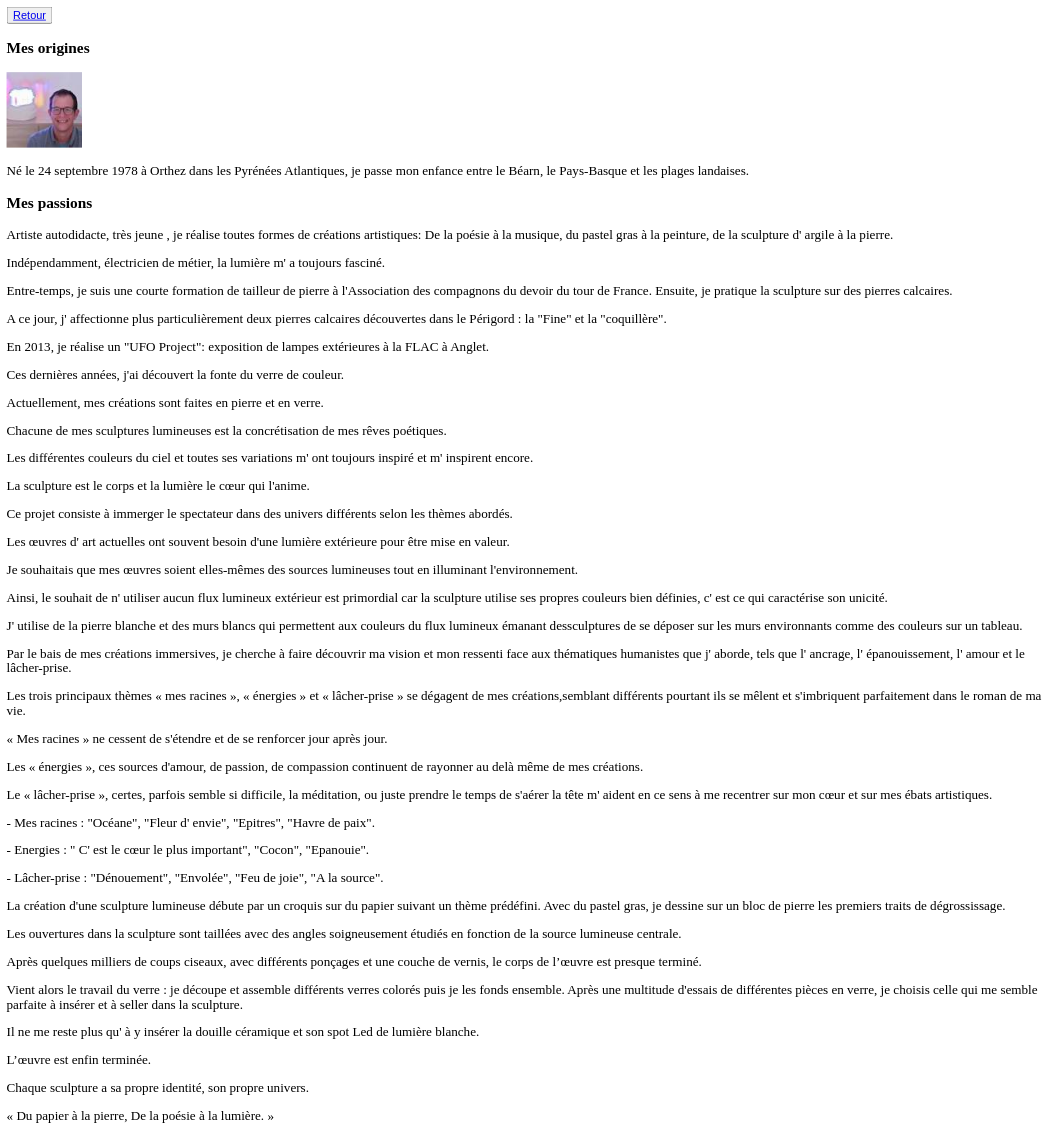
Repository: lysianebo/EricBidart
Page: presentation_more.html
The author's editor kept a copy of each file at every save. The page is drawn from the files as they stood at one save, then again after the next save.
The browser window is 1280 px wide. The pictures show the whole page, at 82% of full size.

Above is the page before, as saved 2023-10-29 10:32:46.

### presentation_more.html
<!DOCTYPE html>
<html lang="en">
<head>
    <meta charset="UTF-8">
    <meta name="viewport" content="width=device-width, initial-scale=1.0">
    <title>Document</title>
    <link rel="stylesheet" href="public/css/style.css">
</head>
<body id="presentation_more">

    <button class="back-button"><a href="presentation.html">Retour</a></button>
    <div id="presentation" class="content" >
        <div class="card">
            <h3>Mes origines</h3>
        <img src="public/images/happy_moi.jpeg" alt="">
        <p> Né le 24 septembre 1978 à Orthez dans les Pyrénées Atlantiques, je passe mon enfance entre le Béarn, le Pays-Basque et les plages landaises.</p>
        </div>
        <h3>Mes passions</h3>
        <p> Artiste autodidacte, très jeune , je réalise toutes formes de créations artistiques: De la poésie à la musique, du pastel gras à la peinture, de la sculpture d' argile à la pierre.</p>
        <p> Indépendamment, électricien de métier, la lumière m' a toujours fasciné.</p>
        <p> Entre-temps, je suis une courte formation de tailleur de pierre à l'Association des compagnons du devoir du
            tour de France. Ensuite, je pratique la sculpture sur des pierres calcaires.</p>
        <p> A ce jour, j' affectionne plus particulièrement deux pierres calcaires découvertes dans le Périgord : la
            "Fine" et la "coquillère".</p>
        <p> En 2013, je réalise un "UFO Project": exposition de lampes extérieures à la FLAC à Anglet.</p>
        <p> Ces dernières années, j'ai découvert la fonte du verre de couleur.</p>
        <p> Actuellement, mes créations sont faites en pierre et en verre.</p>
        <p>Chacune de mes sculptures lumineuses est la concrétisation de mes rêves poétiques.</p>
    </div>
    <div class="content" id="demarche">
        <p>Les différentes couleurs du ciel et toutes ses variations m' ont toujours inspiré et m' inspirent encore.</p>
        <p>La sculpture est le corps et la lumière le cœur qui l'anime.</p>
        <p>Ce projet consiste à immerger le spectateur dans des univers différents selon les thèmes abordés.</p>
        <p>Les œuvres d' art actuelles ont souvent besoin d'une lumière extérieure pour être mise en valeur.</p>
        <p>Je souhaitais que mes œuvres soient elles-mêmes des sources lumineuses tout en illuminant l'environnement.</p>
        <p>Ainsi, le souhait de n' utiliser aucun flux lumineux extérieur est primordial car la sculpture utilise ses propres couleurs bien définies, c' est ce qui caractérise son unicité.</p>
        <p>J' utilise de la pierre blanche et des murs blancs qui permettent aux couleurs du flux lumineux émanant dessculptures de se déposer sur les murs environnants comme des couleurs sur un tableau.</p>
        <p>Par le bais de mes créations immersives, je cherche à faire découvrir ma vision et mon ressenti face aux thématiques humanistes que j' aborde, tels que l' ancrage, l' épanouissement, l' amour et le lâcher-prise.</p>
        <p>Les trois principaux thèmes « mes racines », « énergies » et « lâcher-prise » se dégagent de mes créations,semblant différents pourtant ils se mêlent et s'imbriquent parfaitement dans le roman de ma vie.</p>
        <p>« Mes racines » ne cessent de s'étendre et de se renforcer jour après jour.</p>
        <p>Les « énergies », ces sources d'amour, de passion, de compassion continuent de rayonner au delà même de mes créations.</p>
        <p>Le « lâcher-prise », certes, parfois semble si difficile, la méditation, ou juste prendre le temps de s'aérer la tête m' aident en ce sens à me recentrer sur mon cœur et sur mes ébats artistiques.</p>
        <p>- Mes racines : "Océane", "Fleur d' envie", "Epitres", "Havre de paix".</p>
        <p>- Energies : " C' est le cœur le plus important", "Cocon", "Epanouie".</p>
        <p>- Lâcher-prise : "Dénouement", "Envolée", "Feu de joie", "A la source".</p>
    </div>
    <div class="content" id="technique">
        <p>La création d'une sculpture lumineuse débute par un croquis sur du papier suivant un thème prédéfini. Avec du pastel gras, je dessine sur un bloc de pierre les premiers traits de dégrossissage. </p>
        <p>Les ouvertures dans la sculpture sont taillées avec des angles soigneusement étudiés en fonction de la source
            lumineuse centrale.</p>
        <p>Après quelques milliers de coups ciseaux, avec différents ponçages et une couche de vernis,
            le corps de l’œuvre est presque terminé.</p>
        <p> Vient alors le travail du verre : je découpe et assemble différents verres colorés puis je les fonds ensemble.
            Après une multitude d'essais de différentes pièces en verre, je choisis celle qui me semble parfaite à insérer
            et à seller dans la sculpture.</p>
        <p>Il ne me reste plus qu' à y insérer la douille céramique et son spot Led de lumière blanche.</p>
        <p> L’œuvre est enfin terminée.</p>
        <p> Chaque sculpture a sa propre identité, son propre univers.</p>
        <p> « Du papier à la pierre, De la poésie à la lumière. »</p>
    </div>
</body>
</html>

### public/css/style.css
/* @import url("https://fonts.googleapis.com/css2?family=Belanosima:wght@400;700&family=Noto+Sans&family=Outfit&family=Rubik:wght@400;500;700&display=swap"); */
/*# sourceMappingURL=style.css.map */

After the next save:
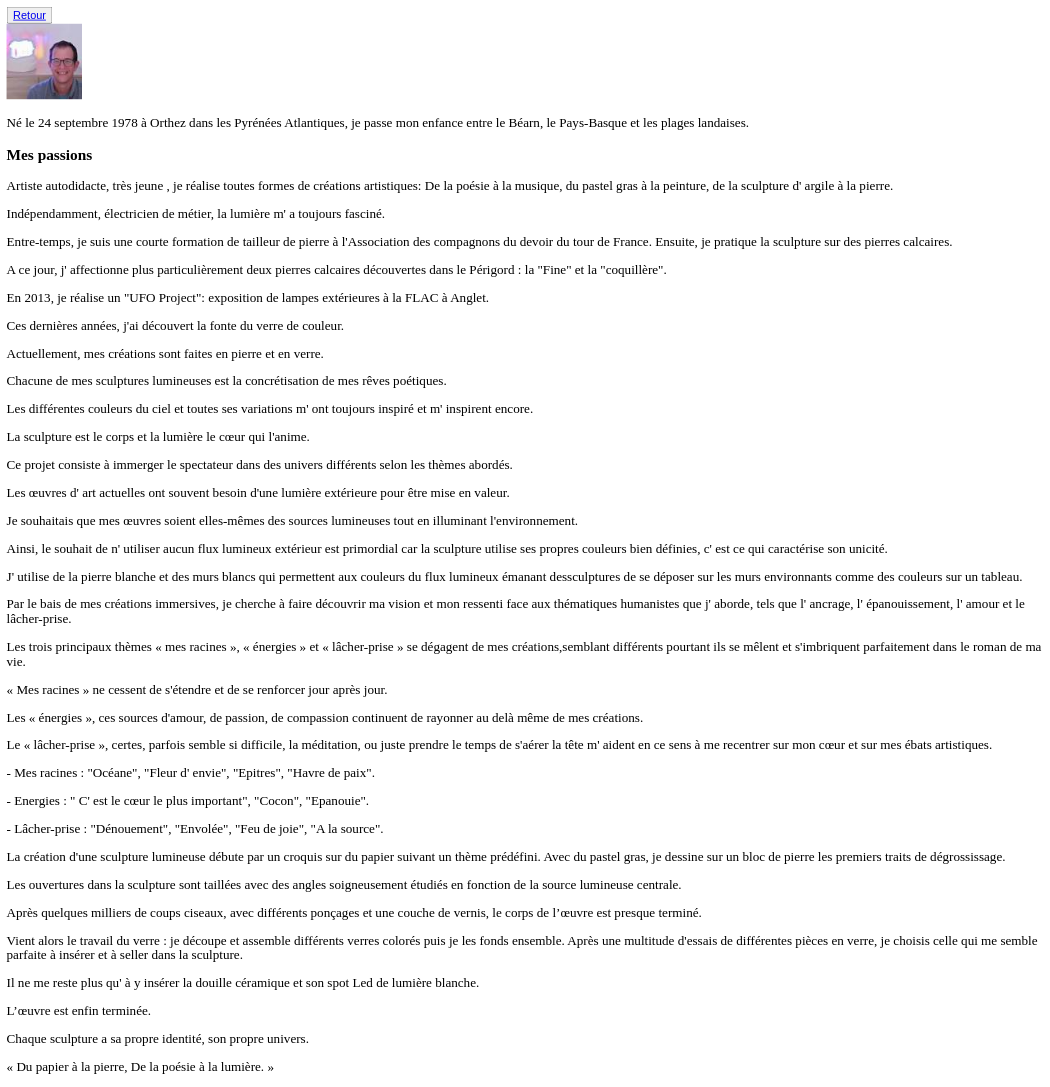
Saved 13 s later.
--- a/presentation_more.html
+++ b/presentation_more.html
@@ -11,7 +11,7 @@
     <button class="back-button"><a href="presentation.html">Retour</a></button>
     <div id="presentation" class="content" >
         <div class="card">
-            <h3>Mes origines</h3>
+
         <img src="public/images/happy_moi.jpeg" alt="">
         <p> Né le 24 septembre 1978 à Orthez dans les Pyrénées Atlantiques, je passe mon enfance entre le Béarn, le Pays-Basque et les plages landaises.</p>
         </div>

After the save that followed:
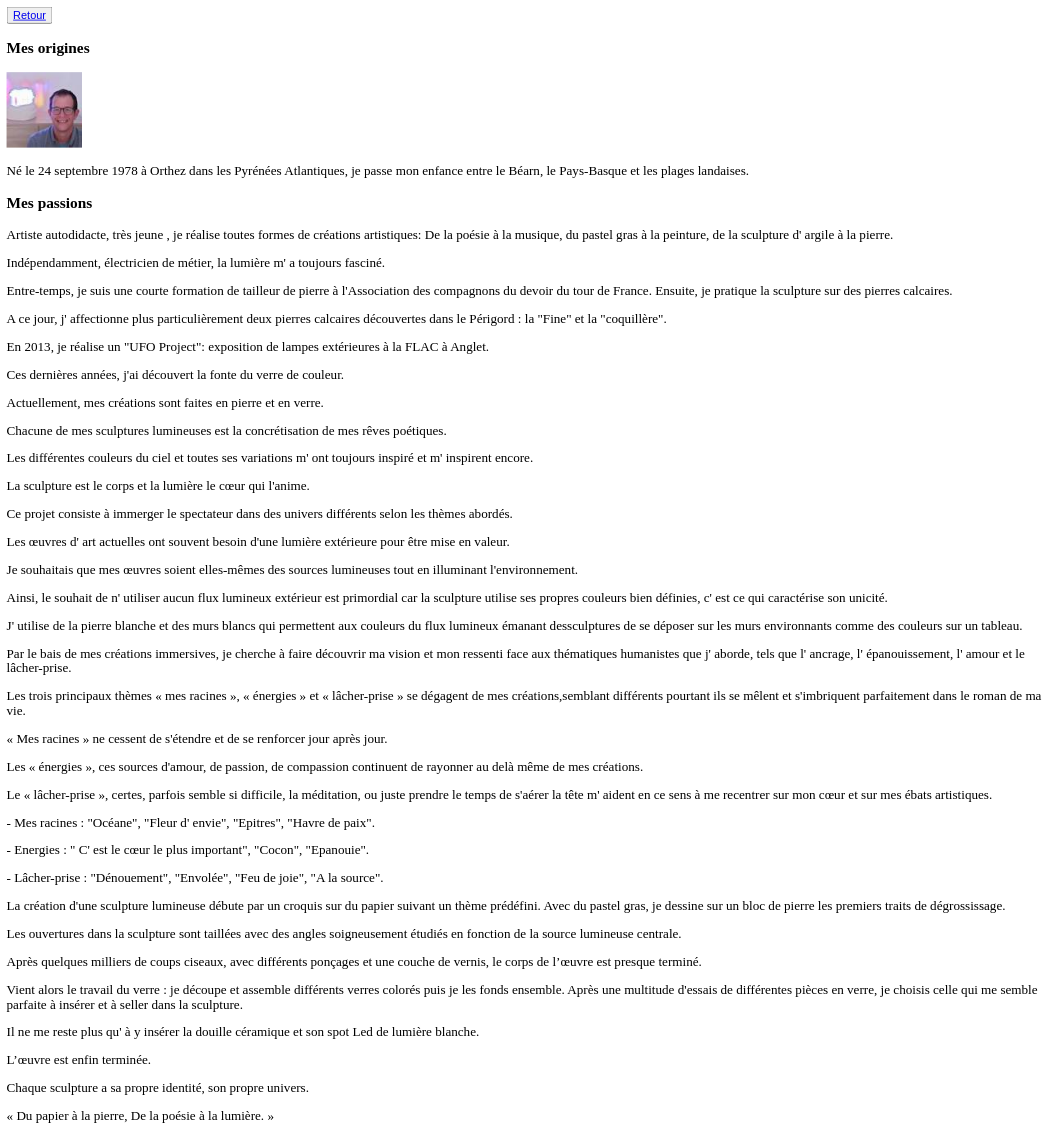
Saved 7 min 36 s later.
--- a/presentation_more.html
+++ b/presentation_more.html
@@ -10,6 +10,8 @@
 
     <button class="back-button"><a href="presentation.html">Retour</a></button>
     <div id="presentation" class="content" >
+
+        <h3>Mes origines</h3>
         <div class="card">
 
         <img src="public/images/happy_moi.jpeg" alt="">
